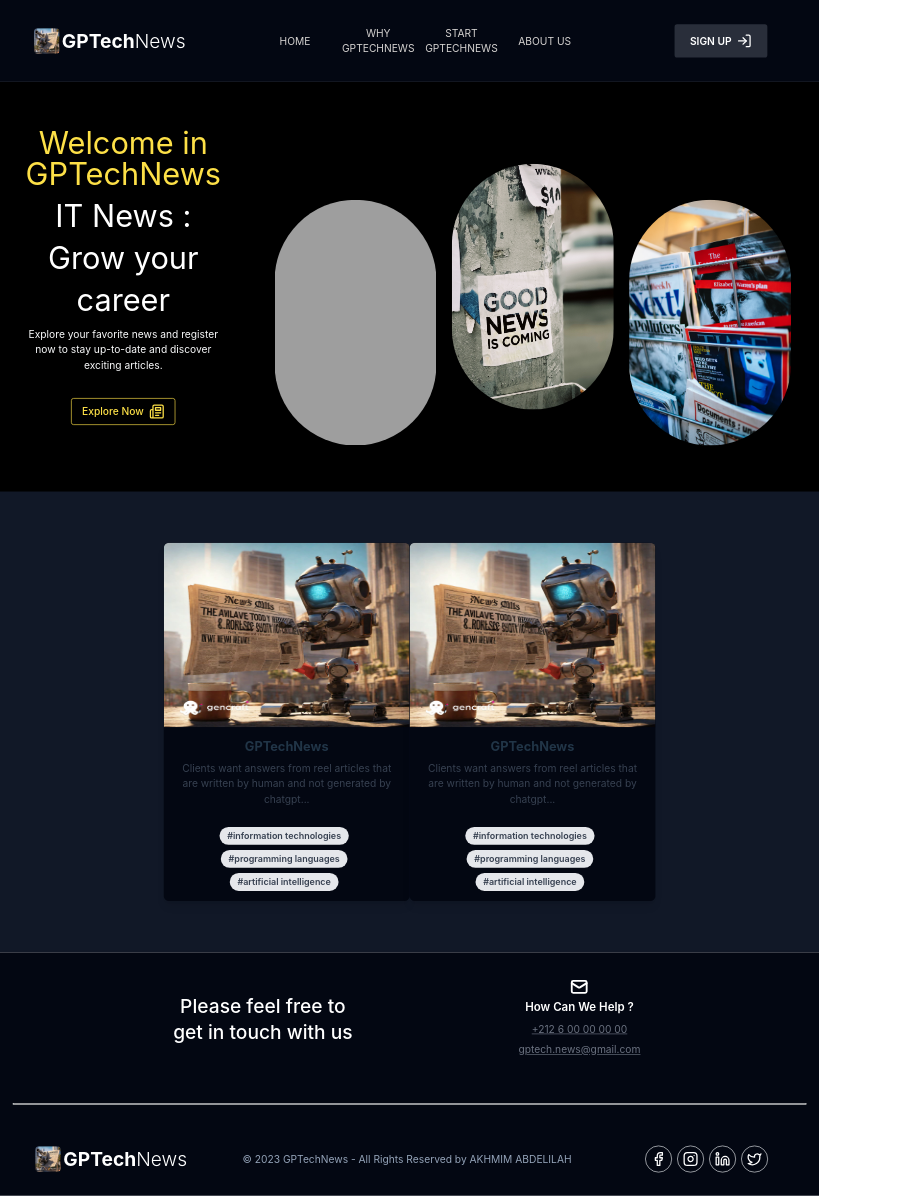
Repository: Lablab-me-Hackathon/gptech-news-frontend
Page: /
The author's editor kept a copy of each file at every save. The page is drawn from the files as they stood at one save, then again after the next save.
The browser window is 1280 px wide. The page is 1280 px wide, then 1408 px, then 1280 px, so the pictures cover 1408 px, including what lies to the right of the window. The pictures show the whole page, at 64% of full size.
Pictures or frames that could not be fetched are drawn as grey boxes. The project was rebuilt for these pictures with package versions that can differ from the ones it lists, and the page was loaded fresh each time. Also part of the build but not shown: vite.config.js.

Above is the page before, as saved 2023-08-07 18:08:25.

### index.html
<!doctype html>
<html lang="en">
  <head>
    <meta charset="UTF-8" />
    <link rel="icon" type="image/svg+xml" href="/logo.png" />
    <meta name="viewport" content="width=device-width, initial-scale=1.0" />
    <title>GPTech News</title>
  </head>
  <body>
    <div id="root"></div>
    <script type="module" src="/src/main.jsx"></script>
  </body>
</html>

### src/App.jsx
import './styles/App.css'
import Header from './components/Header'
import Main from './components/Main';
import Footer from './components/Footer';

function App() {

  return (
    <div className='w-full h-full flex-box flex-col'>
     <Header />
      <Main />
      <Footer />
    </div>
  )
}

export default App

### src/styles/index.css
@tailwind base;
@tailwind components;
@tailwind utilities;

* {
  padding: 0;
  margin: 0;
}

@layer components {
  .menu-item {
    @apply p-2 text-stone-300 text-base font-normal cursor-pointer flex-1 border-black rounded hover:text-blue-950 uppercase;
  }
  .flex-box {
    @apply flex items-center justify-center;
  }
}

:root {
  font-family: Inter, system-ui, Avenir, Helvetica, Arial, sans-serif;
  line-height: 1.5;
  font-weight: 400;

  color-scheme: light dark;
  color: rgba(255, 255, 255, 0.87);
  background-color: #242424;

  text-rendering: optimizeLegibility;
  -webkit-font-smoothing: antialiased;
  -moz-osx-font-smoothing: grayscale;
}

a {
  font-weight: 500;
  color: #646cff;
  text-decoration: inherit;
}
a:hover {
  color: #535bf2;
}

body {
  min-width: 320px;
  min-height: 100vh;
}

h1 {
  font-size: 3.2em;
  line-height: 1.1;
}

button {
  border-radius: 8px;
  border: 1px solid transparent;
  padding: 0.6em 1.2em;
  font-size: 1em;
  font-weight: 500;
  font-family: inherit;
  background-color: #1a1a1a;
  cursor: pointer;
  transition: border-color 0.25s;
}
button:hover {
  border-color: #646cff;
}
button:focus,
button:focus-visible {
  outline: 4px auto -webkit-focus-ring-color;
}

@media (prefers-color-scheme: light) {
  :root {
    color: #213547;
    background-color: #ffffff;
  }
  a:hover {
    color: #747bff;
  }
  button {
    background-color: #f9f9f9;
  }
}

### src/styles/App.css
#root {
  /* margin: 0 auto; */
  text-align: center;
}

.logo {
  height: 6em;
  padding: 1.5em;
  will-change: filter;
  transition: filter 300ms;
}
.logo:hover {
  filter: drop-shadow(0 0 2em #646cffaa);
}
.logo.react:hover {
  filter: drop-shadow(0 0 2em #61dafbaa);
}

@keyframes logo-spin {
  from {
    transform: rotate(0deg);
  }
  to {
    transform: rotate(360deg);
  }
}

@media (prefers-reduced-motion: no-preference) {
  a:nth-of-type(2) .logo {
    animation: logo-spin infinite 20s linear;
  }
}

.card {
  padding: 2em;
}

.read-the-docs {
  color: #888;
}

### src/components/Header.jsx
import MenuItems from "../services/header/MenuItems";
import Logo from "../services/header/Logo";
import SignUp from "../services/header/SignUp";

// import "../styles/Header.css";

function Header() {
  return (
    <div className="header flex-box px-2 justify-around flex-col md:flex-row w-full h-full py-3 bg-gray-950 text-center">
      <Logo />
      <MenuItems />
      <SignUp />
    </div>
  );
}

export default Header;

### src/components/Main.jsx
import Articles from "../services/articles/Articles";
import Welcome from "../services/main/Welcome";
import Cards from "./../services/main/Cards";

function Main() {
  return (
    <div className="text-center w-full scroll-smooth bg-gray-900">
      <div className="w-full flex-box">
          <Welcome />
      </div>

      <div className="w-full flex-box py-20">
          <Cards />
          <Articles />
      </div>
    </div>
  );
}

export default Main;

### src/components/Footer.jsx

import TopFooter from './../services/footer/TopFooter';
import BotFooter from "../services/footer/BotFooter";

function Footer() {
  return (
    <div className="w-full h-full px-5 py-5 flex-box flex-col bg-gray-950 scroll-smooth text-center">
      <TopFooter />
      <div className="w-full h-px border border-neutral-200"></div>
      <BotFooter />
    </div>
  );
}

export default Footer;

### src/services/header/MenuItems.jsx
function MenuItems() {
  return (
    <div className="flex items-center justify-between py-5 ">
      <div className="menu-item">Home</div>
      <div className="menu-item">Why GPTechNews</div>
      <div className="menu-item">Start GPTechNews</div>
      <div className="menu-item">About us</div>
    </div>
  );
}

export default MenuItems;

### src/services/header/Logo.jsx

function Logo() {
  return (
    <div className="w-48 h-10 flex-box">
      <img className="w-10 h-10 mx-1 rounded-md" src="logo.png" alt='logo' />
      <div className="">
        <span className="text-white text-3xl font-bold">GPTech</span>
        <span className="text-white text-3xl font-light">News</span>
      </div>
    </div>
  )
}

export default Logo

### src/services/header/SignUp.jsx
import { LogIn } from "lucide-react";

function SignUp() {
  return (
    <div className="w-40 h-12 justify-center items-center inline-flex cursor-pointer uppercase">
      <div className="px-6 py-3.5 bg-gray-400 bg-opacity-25 rounded justify-start items-start gap-2.5 inline-flex">
        <div className="flex-box text-center text-white text-base font-semibold leading-tight">
          Sign up &nbsp;
          <LogIn />
        </div>
      </div>
    </div>
  );
}

export default SignUp;

### src/services/articles/Articles.jsx
import axios from "axios"
import { useEffect, useState } from "react"

function Articles() {
  const [articles, setArticles] = useState([])
  console.log(articles);
  const getArticles = async () => {
    try {
      const res = await axios.get('http://localhost:4000/')
      setArticles(res.data)
    } catch (error) {
      console.log(error)
    }
  }
  useEffect(() => {
    getArticles()
  }, []
  )
  return (
    <div>
      <div className="bg-gray-950 w-96 rounded-lg overflow-hidden shadow-lg">
        <img
          className="w-full h-72"
          src="ainews.jpg"
          alt="ai news article"
        />
        <div className="px-6 py-4">
          <div className="font-bold text-xl mb-2">GPTechNews</div>
          <p className="text-gray-700 text-base">
            Clients want answers from reel articles that are written by human and not generated by chatgpt...
          </p>
        </div>
        <div className="px-6 pt-4 pb-2">
          <span className="inline-block bg-gray-200 rounded-full px-3 py-1 text-sm font-semibold text-gray-700 mr-2 mb-2">
            #information technologies
          </span>
          <span className="inline-block bg-gray-200 rounded-full px-3 py-1 text-sm font-semibold text-gray-700 mr-2 mb-2">
            #programming languages
          </span>
          <span className="inline-block bg-gray-200 rounded-full px-3 py-1 text-sm font-semibold text-gray-700 mr-2 mb-2">
            #artificial intelligence
          </span>
        </div>
      </div>
    </div>
  );
}

export default Articles;

### src/services/main/Welcome.jsx
import Button from "./Button";

function Welcome() {
  return (
    <div className="bg-black w-full text-white py-2 flex-box">
      <div className="w-full flex-box flex-col md:flex-row my-6">
        <div className="w-full lg:w-1/3 items-start p-8">
          <h1 className="text-3xl md:text-5xl p-2 text-yellow-300 tracking-loose">
            Welcome in GPTechNews
          </h1>
          <h2 className="text-3xl md:text-5xl leading-relaxed md:leading-snug mb-2">
            IT News : Grow your career
          </h2>
          <p className="text-sm md:text-base text-gray-50">
            Explore your favorite news and register now to stay up-to-date and
            discover exciting articles.
          </p>
          <Button />
        </div>
        <div className="flex-box p-8">
          <div className="flex-box">
            <div className="mx-3">
              <img
                className="w-96 h-96 rounded-full mt-28 hidden xl:block"
                src="googleNews.jpg"
              />
            </div>
            <div className="mx-3">
              <img
                className="w-96 h-96 rounded-full inline-block p-8 md:p-0"
                src="goodNews.jpg"
              />
            </div>
            <div className="mx-3">
              <img
                className="w-96 h-96 rounded-full mt-28 hidden lg:block"
                src="newsPaper.jpg"
              />
            </div>
          </div>
        </div>
      </div>
    </div>
  );
}

export default Welcome;

### src/services/main/Cards.jsx
function Cards() {
  return (
    <div>
      <div className="bg-gray-950 w-96 rounded-lg overflow-hidden shadow-lg">
        <img
          className="w-full h-72"
          src="ainews.jpg"
          alt="ai news article"
        />
        <div className="px-6 py-4">
          <div className="font-bold text-xl mb-2">GPTechNews</div>
          <p className="text-gray-700 text-base">
            Clients want answers from reel articles that are written by human and not generated by chatgpt...
          </p>
        </div>
        <div className="px-6 pt-4 pb-2">
          <span className="inline-block bg-gray-200 rounded-full px-3 py-1 text-sm font-semibold text-gray-700 mr-2 mb-2">
            #information technologies
          </span>
          <span className="inline-block bg-gray-200 rounded-full px-3 py-1 text-sm font-semibold text-gray-700 mr-2 mb-2">
            #programming languages
          </span>
          <span className="inline-block bg-gray-200 rounded-full px-3 py-1 text-sm font-semibold text-gray-700 mr-2 mb-2">
            #artificial intelligence
          </span>
        </div>
      </div>
    </div>
  );
}

export default Cards;

### src/services/footer/TopFooter.jsx
import { Mail} from "lucide-react";

function TopFooter() {
  return (
    <div className="top-footer w-full flex-box justify-evenly flex-col md:flex-row pb-12">
      <div className="text-white text-3xl font-medium leading-10 py-5">
        Please feel free to
        <br />
        get in touch with us
      </div>

      <div className="py-5 flex-box flex-col">
        <Mail size={28} strokeWidth={2.5} color="white" />
        <div className="py-1 text-white text-lg font-semibold leading-norma">
          How Can We Help ?
        </div>
        <div className="py-1 w-52 text-gray-500 text-base font-normal underline leading-normal">
          +212 6 00 00 00 00
        </div>

        <div className="py-1 w-52 text-gray-500 text-base font-normal underline leading-normal">
        gptech.news@gmail.com
        </div>
      </div>
    </div>
  );
}

export default TopFooter;

### src/services/footer/BotFooter.jsx
import Logo from "./../header/Logo";
import Copyright from "./Copyright";
import Social from "./Social";

function BotFooter() {
  return (
    <div className="bottom-footer w-full pt-12 flex-box justify-around flex-col md:flex-row flex-end">
      <Logo />
      <Copyright />
      <Social />
    </div>
  );
}

export default BotFooter;

### src/services/main/Button.jsx
// import { PropTypes } from "prop-types";

import { Newspaper } from "lucide-react";

const News = () => {
  // let { response } = props;
  const displayNews = async (e) => {
    e.preventDefault();
  };
  return (
    <div className="w-full flex-box py-10">
      <a
        href="#"
        className="bg-transparent hover:bg-yellow-300 text-yellow-300 hover:text-black rounded shadow hover:shadow-lg py-2 px-4 border border-yellow-300 hover:border-transparent flex-box"
        onClick={displayNews}
      >
        <p>Explore Now &nbsp;</p>
        <Newspaper />
      </a>
    </div>
  );
};

News.propTypes = {
  // response: PropTypes.string.isRequired,
};
export default News;

### src/services/footer/Copyright.jsx
function Copyright() {
  return (
    <div className="py-5 text-slate-400 text-base font-normal">
      © 2023 GPTechNews - All Rights Reserved by AKHMIM ABDELILAH
    </div>
  );
}

export default Copyright;

### src/services/footer/Social.jsx
import { Facebook, Instagram, Linkedin, Twitter } from "lucide-react";

function Social() {
  return (
    <div className="py-3">
      <div className="flex-box text-white">
        <div className="border cursor-pointer p-2 m-1 rounded-full ">
          <Facebook size={24} strokeWidth={2} />
        </div>
        <div className="border cursor-pointer p-2 m-1 rounded-full">
          <Instagram size={24} strokeWidth={2} />
        </div>
        <div className="border cursor-pointer p-2 m-1 rounded-full">
          <Linkedin size={24} strokeWidth={2} />
        </div>
        <div className="border cursor-pointer p-2 m-1 rounded-full">
          <Twitter size={24} strokeWidth={2} />
        </div>
      </div>
    </div>
  );
}

export default Social;

Loaded but not shown: src/main.jsx (common file); tailwind.config.js (common file)

After the next save:
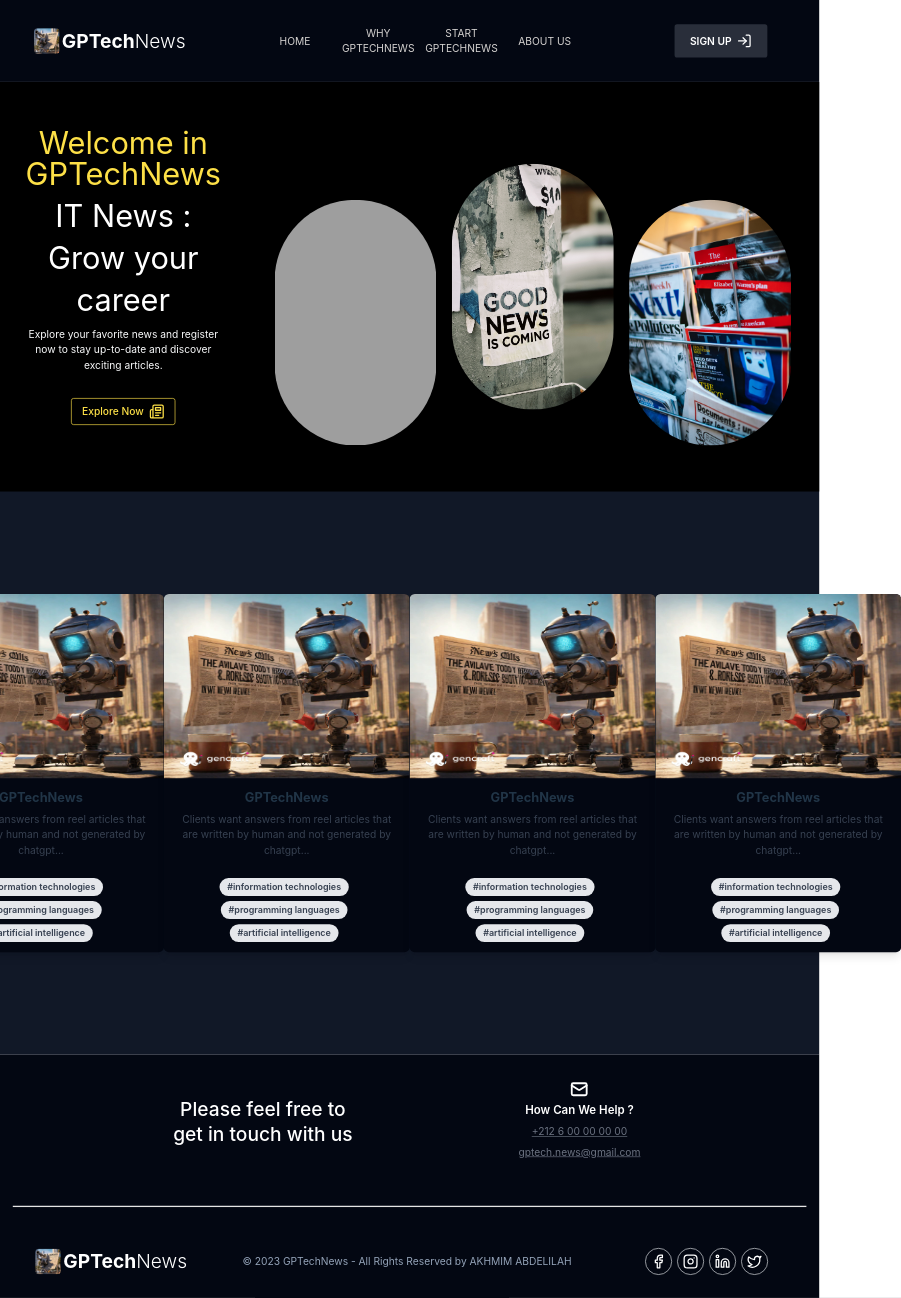
Saved 25 min 48 s later.
--- a/src/components/Main.jsx
+++ b/src/components/Main.jsx
@@ -9,10 +9,10 @@
           <Welcome />
       </div>
 
-      <div className="w-full flex-box py-20">
-          <Cards />
-          <Articles />
-      </div>
+      <div className="w-full flex-box py-20"> <div className="w-full flex-box py-20">
+          <Cards />     <Cards />
+          <Articles />     <Articles />
+      </div> </div>
     </div>
   );
 }

After the save that followed:
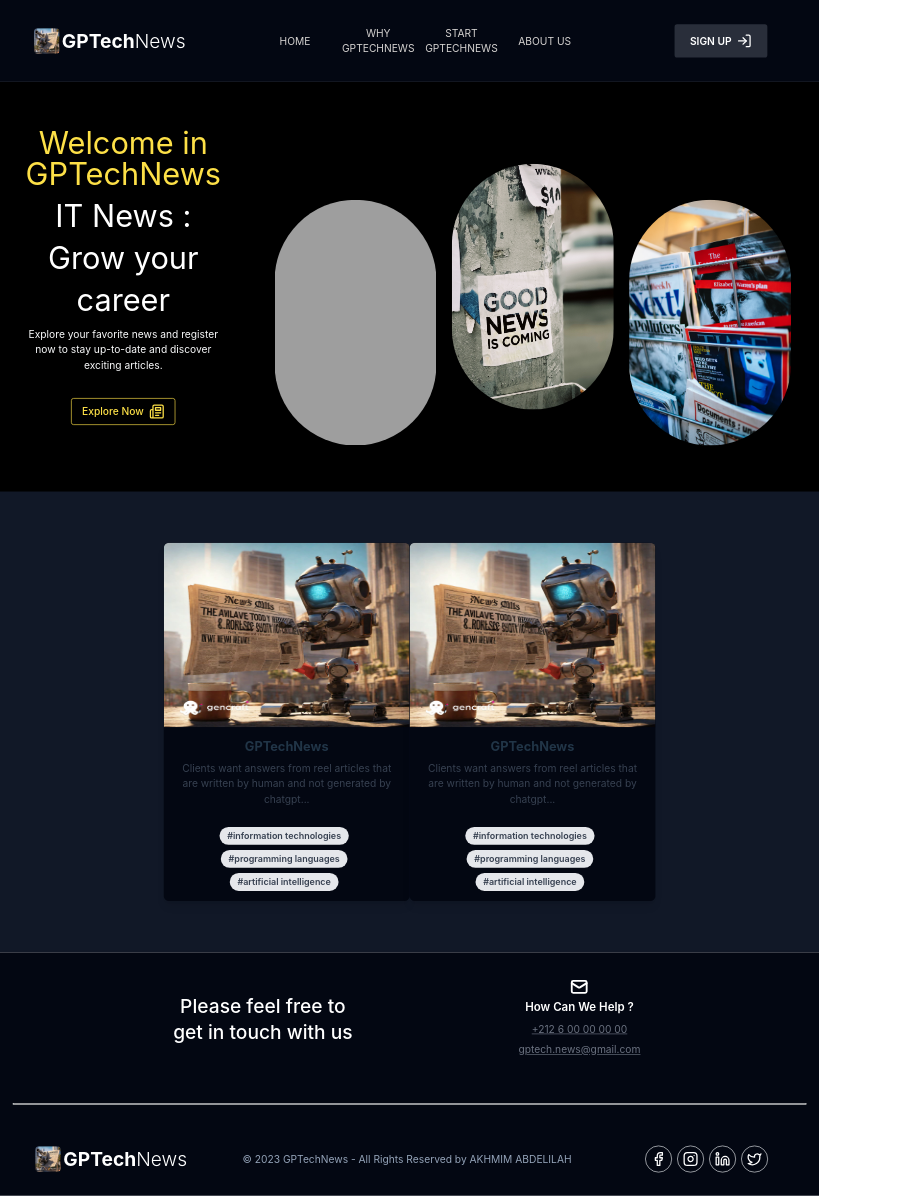
Saved 6 s later.
--- a/src/components/Main.jsx
+++ b/src/components/Main.jsx
@@ -9,10 +9,10 @@
           <Welcome />
       </div>
 
-      <div className="w-full flex-box py-20"> <div className="w-full flex-box py-20">
-          <Cards />     <Cards />
-          <Articles />     <Articles />
-      </div> </div>
+      <div className="w-full flex-box py-20">
+          <Cards />
+          <Articles />
+      </div>
     </div>
   );
 }
